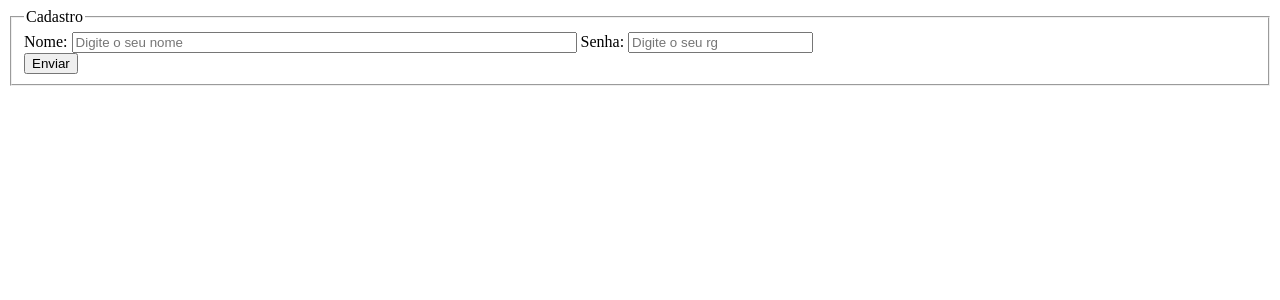
Repository: Lerif/WebServletLearning
Page: http://localhost/WebLearning/
An editor plug-in stored every save of this project. The page is shown before and after the next save, followed by the edit.
The browser window is 1280 px wide. The pictures show the whole page.
The page is served by Tomcat 9.

Above is the page before, as saved 2016-10-25 18:34:44.

After the next save:
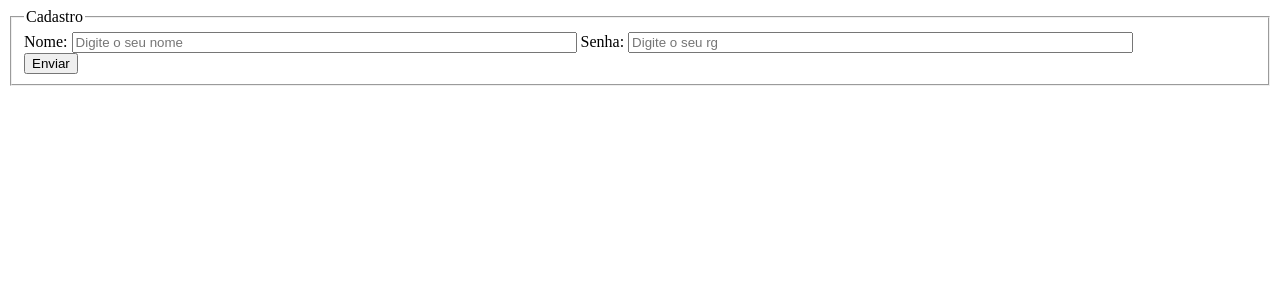
Saved 7 s later.
--- a/WebServelets/WebLearning/WebContent/TryJSP.jsp
+++ b/WebServelets/WebLearning/WebContent/TryJSP.jsp
@@ -13,7 +13,7 @@
 			Nome:
 			<input type="text" 	name="name" size="60" placeholder="Digite o seu nome" required/>
 			Senha:
-			<input type="number" 	name="password" size="60" placeholder="Digite o seu rg" required/>
+			<input type="password" 	name="password" size="60" placeholder="Digite o seu rg" required/>
 			<br>
 			<button onClick="tratamentoErros()" value="Submit form">Enviar</button>
 		</fieldset>
